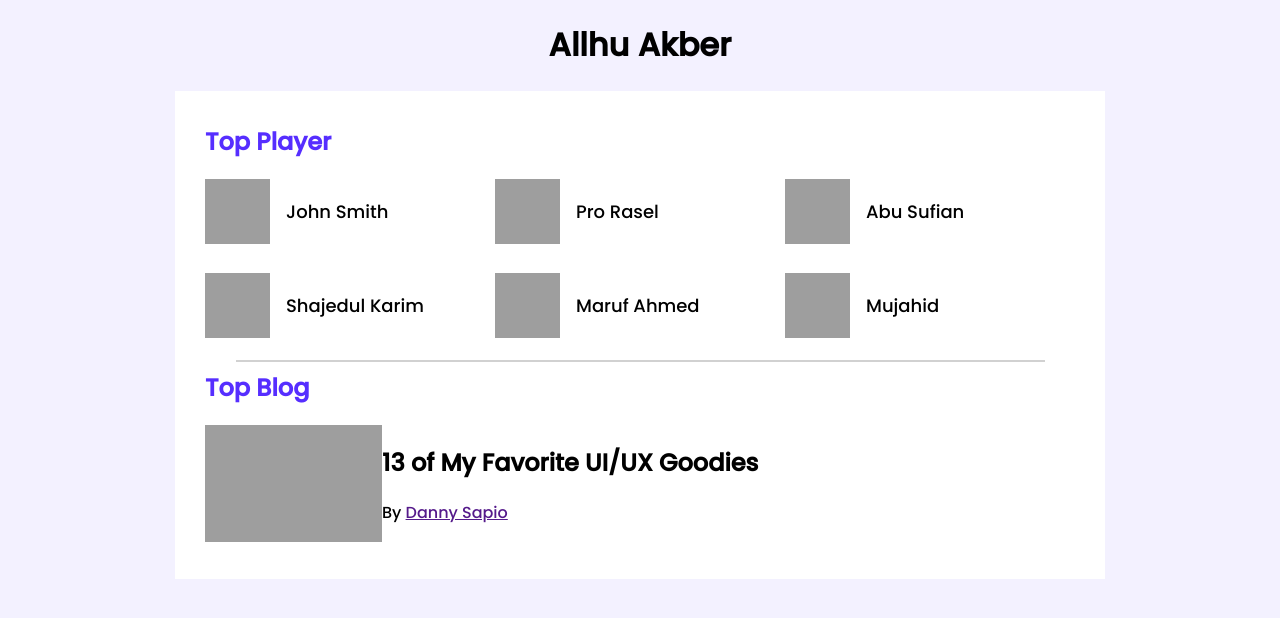
Repository: zjria/leader-board
Page: index.html
The author's editor kept a copy of each file at every save. The page is drawn from the files as they stood at one save, then again after the next save.
The browser window is 1280 px wide. The pictures show the whole page.
Pictures or frames that could not be fetched are drawn as grey boxes.

Above is the page before, as saved 2022-09-04 08:16:46.

### index.html
<!DOCTYPE html>
<html lang="en">

<head>
    <meta charset="UTF-8">
    <meta http-equiv="X-UA-Compatible" content="IE=edge">
    <meta name="viewport" content="width=device-width, initial-scale=1.0">
    <title>leader-board</title>
    <!-- Custom CSS -->
    <link rel="stylesheet" href="/style/style.css">
</head>

<body>
    <h1>Allhu Akber</h1>
    <!-- Header Section -->
    <header>

    </header>
    <!-- Main Section -->
    <main>
        <section class="container">
            <div class="top-players">
                <h2 class="section-title">Top Player</h2>
                <div class="players">
                    <div class="player">
                        <img src="images/players/player-1.png" alt="">
                        <h3 class="name-title">John Smith</h3>
                    </div>
                    <div class="player">
                        <img src="images/players/player-2.png" alt="">
                        <h3 class="name-title">Pro Rasel</h3>
                    </div>
                    <div class="player">
                        <img src="images/players/player-3.png" alt="">
                        <h3 class="name-title">Abu Sufian</h3>
                    </div>
                    <div class="player">
                        <img src="images/players/player-4.png" alt="">
                        <h3 class="name-title">Shajedul Karim</h3>
                    </div>
                    <div class="player">
                        <img src="images/players/player-5.png" alt="">
                        <h3 class="name-title">Maruf Ahmed</h3>
                    </div>
                    <div class="player">
                        <img src="images/players/player-6.png" alt="">
                        <h3 class="name-title">Mujahid</h3>
                    </div>
                </div>
            </div>
            <hr class="horigantal-line">

            <!-- Blog information -->
            <div class="blog-information">
                <h2 class="section-title">Top Blog</h2>
                <article class="blogs">
                    <div class="blog-thimble">
                        <img src="images/blogs/blog-1.png" alt="">
                    </div>
                    <div class="blog-contain">
                        <h2>13 of My Favorite UI/UX Goodies</h2>
                        <p class="blog-auther">By <a href="">Danny Sapio</a></p>
                    </div>
                </article>
            </div>

        </section>
    </main>
</body>

</html>

### style/style.css
/* Google Fonts */
@import url('https://fonts.googleapis.com/css2?family=Poppins:wght@500&family=Roboto:wght@100;300;400;500;700;900&display=swap');

h1 {
    display: flex;
    justify-content: center;
}

/* Commant CSS Utilitis */
body {
    border: 0px;
    margin: 0px;
    font-family: 'Poppins', sans-serif;
    /* font-family: 'Roboto', sans-serif; */
    background-color: #F3F1FF;
}

/* Top Players Section */
main {
    display: flex;
    justify-content: center;
}

.section-title {
    color: #562EFF;
    font-size: 24px;
}

.container {
    background-color: #FFFFFF;
    width: 870px;
    padding: 30px;
}

.top-players {
    /* padding: 30px; */
    margin-bottom: 22px;
}

h2.section-title {
    margin-top: 3px;
}

.players {
    display: grid;
    grid-template-columns: repeat(3, 1fr);
    grid-row-gap: 29px;
}

.player {
    display: flex;
    align-items: center;
}

.player img {
    width: 65px;
    height: 65px;
}

.name-title {
    margin-left: 16px;
    font-size: 18px;
    font-weight: normal;
}

.horigantal-line {
    border: 1px solid #D1D1D1;
    width: 807px;
}

/* blogs details information */
.blogs {
    display: flex;
}

.blogs .blog-thimble img {
    width: 177px;
    height: 117px;
}

After the next save:
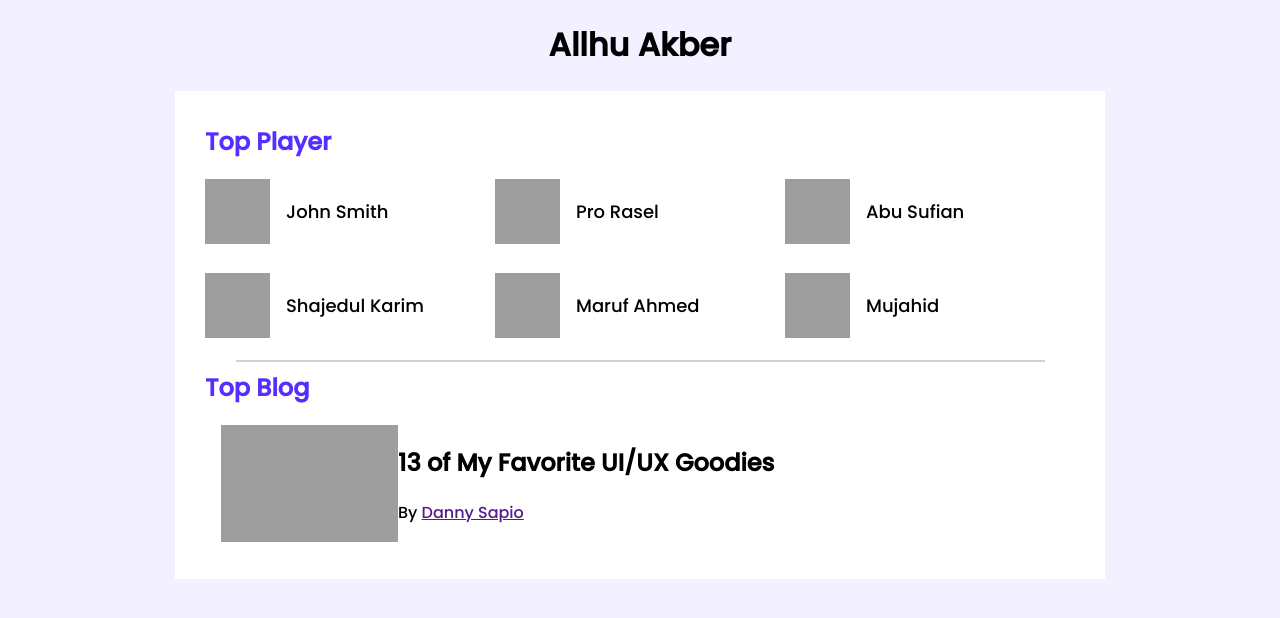
Saved 83 s later.
--- a/style/style.css
+++ b/style/style.css
@@ -76,4 +76,5 @@ h2.section-title {
 .blogs .blog-thimble img {
     width: 177px;
     height: 117px;
+    margin-left: 16px;
 }
